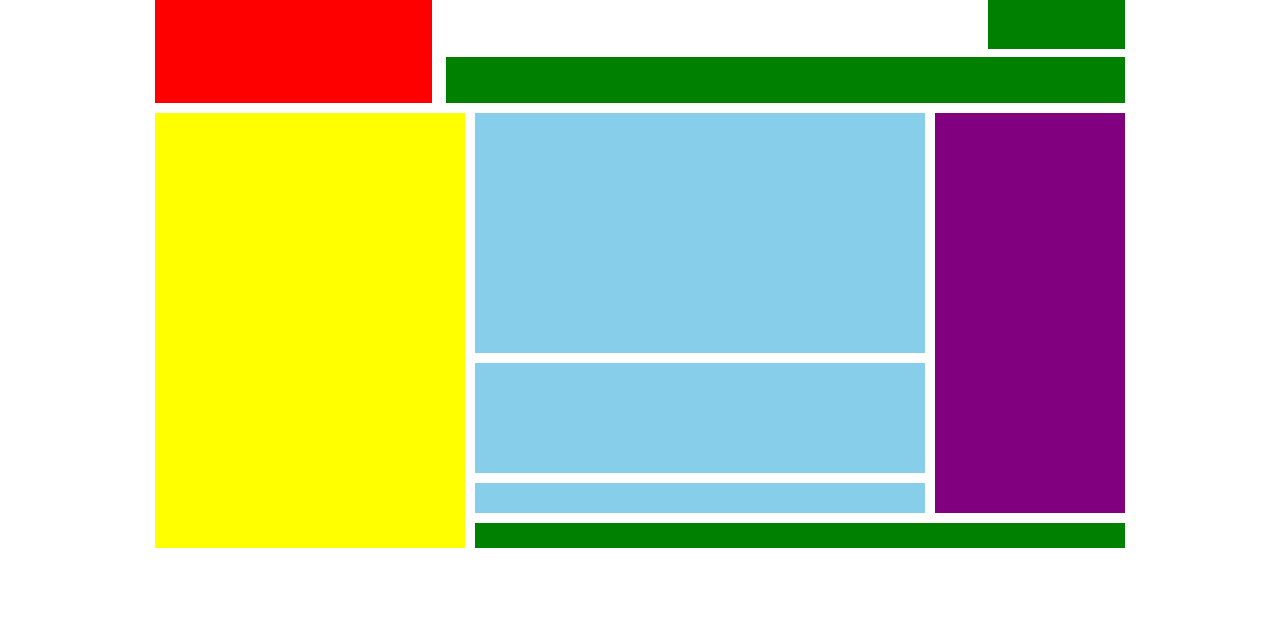
Repository: KaibutsuSama/CodePracticeExample
Page: Html5+Css3/Css3/04.浮动/03.homework.html
The author's editor kept a copy of each file at every save. The page is drawn from the files as they stood at one save, then again after the next save.
The browser window is 1280 px wide. The pictures show the whole page.

Above is the page before, as saved 2023-01-29 23:52:05.

After the next save:
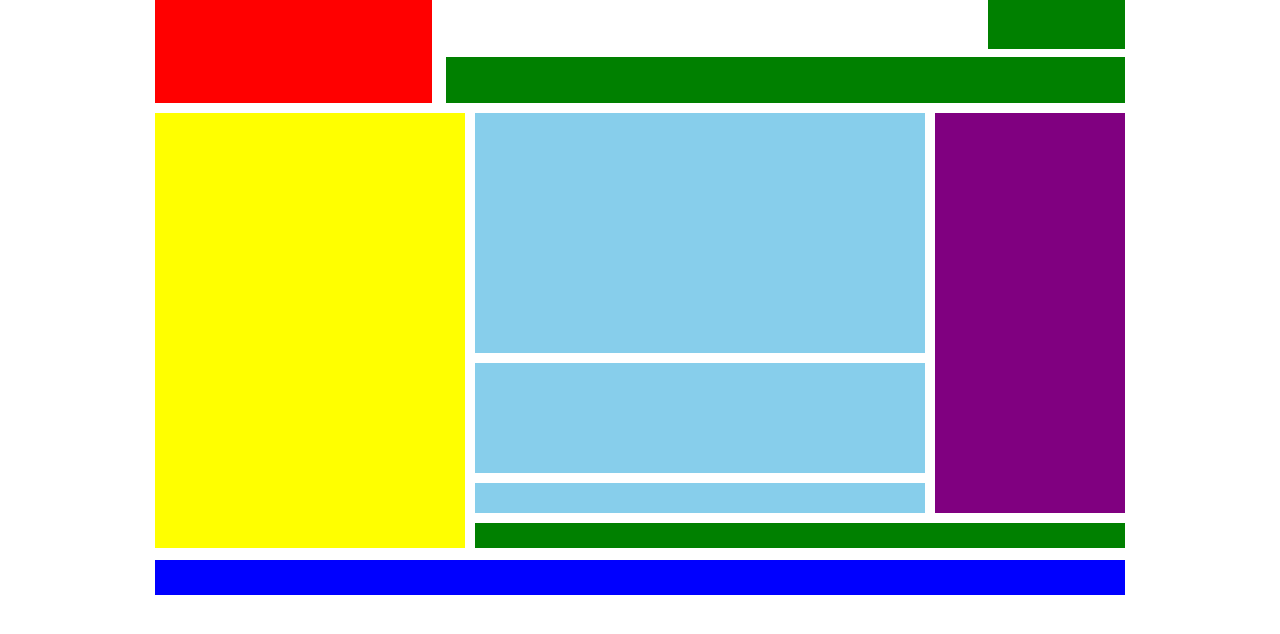
Saved 4 s later.
--- a/Html5+Css3/Css3/04.浮动/03.homework.html
+++ b/Html5+Css3/Css3/04.浮动/03.homework.html
@@ -99,7 +99,7 @@
         }
 
         footer{
-            margin: 0 auto
+            margin: 0 auto;
             background-color: blue;
             width: 970px;
             height: 35px;
